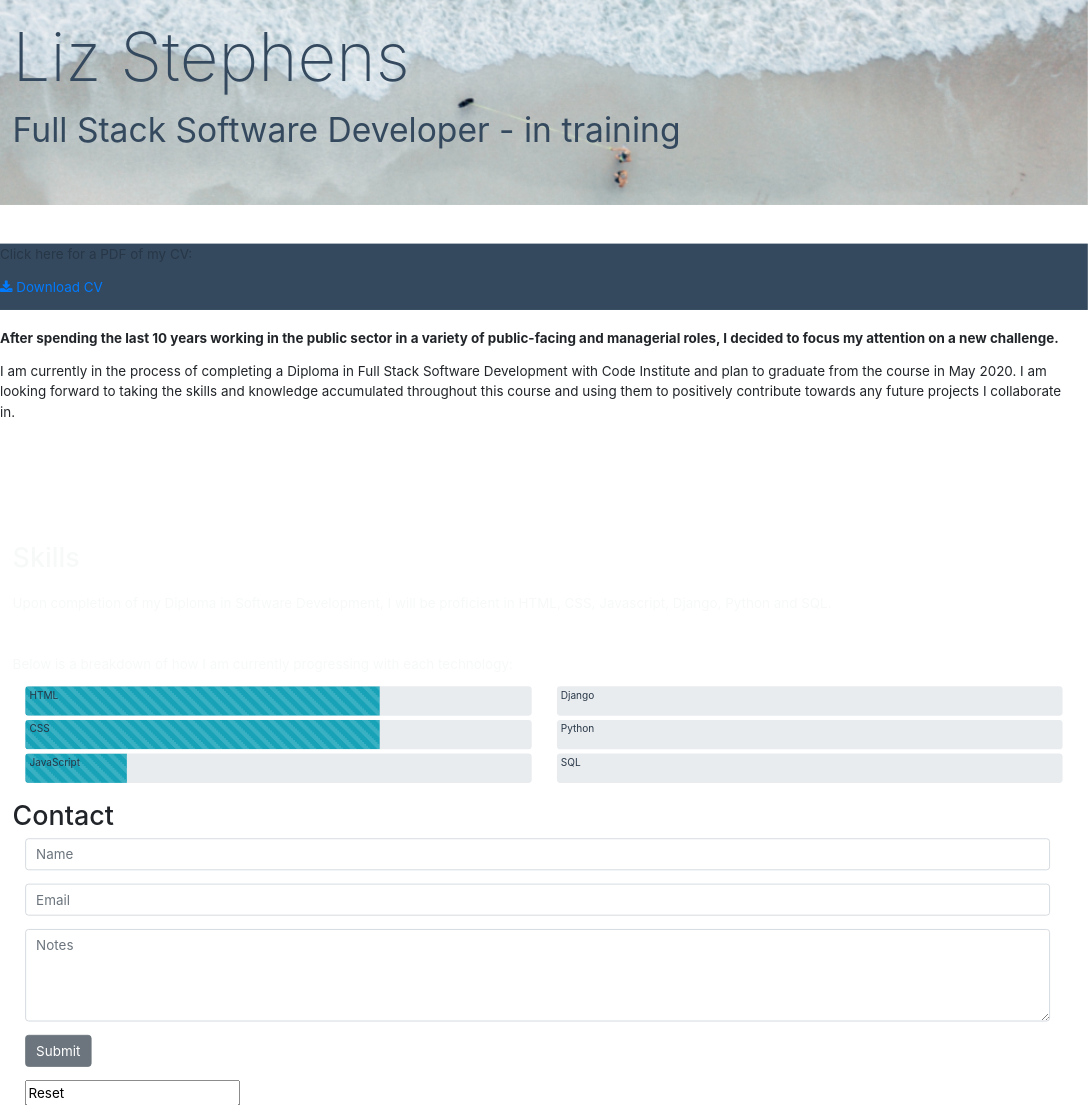
Repository: Liz94688/portfolio-site
Page: index.html
The author's editor kept a record of every edit. The page is drawn from the files as they stood at one moment, then again after the next edit.
The browser window is 1280 px wide. The page is 1295 px wide, so the pictures cover 1295 px, including what lies to the right of the window. The pictures show the whole page, at 84% of full size.

Above is the page before.

### index.html
<!DOCTYPE html>
<html lang="en">

<head>
    <meta charset="UTF-8">
    <meta name="viewport" content="width=device-width, initial-scale=1.0">
    <meta http-equiv="X-UA-Compatible" content="ie=edge">
    <link rel="stylesheet" href="https://stackpath.bootstrapcdn.com/bootstrap/4.3.1/css/bootstrap.min.css" type="text/css" />
    <link rel="stylesheet" href="https://stackpath.bootstrapcdn.com/font-awesome/4.7.0/css/font-awesome.min.css" type="text/css" />
    <link rel="stylesheet" href="assets/css/style.css" type="text/css" />
    <title>Liz Stephens Portfolio - Full Stack Web Developer</title>
</head>

<body>
    <header>
        <div class="row header-image">
            <div class="col">
                <h1 class="header-name">Liz Stephens</h1>
                <h2 class="header-title">Full Stack Software Developer - in training</h2>
            </div>
        </div>

        <div class="row header-nav">
            <div class="col">
                <ul id="nav" class="list-inline header-nav-container">
                    <li class="col-sm-4 header-nav-color-home list-inline-item">
                        <a href="#"><span>Home</span></a>
                    </li>
                    <li class="col-sm-4 header-nav-color-skills list-inline-item">
                        <a href="#"><span>Skills</span></a>
                    </li>
                    <li class="col-sm-4 header-nav-color-contact list-inline-item">
                        <a href="#"><span>Contact</span></a>
                    </li>
                </ul>
            </div>
        </div>
        </div>
    </header>
    <section>

    </section>
    <footer>
        <div class="row footer-nav">
            <div class="col">
                <p>Click here for a PDF of my CV: </p>
                <a href="#"><i class="fa fa-download" aria-hidden="true"></i><span> Download CV </span></a>
            </div>
        </div>
    </footer>
</body>

</html>








































<p class="about-p "><strong>After spending the last 10 years working in the public sector in a variety of public-facing and managerial roles, I decided to focus my attention on a new challenge.</strong></p>

I am currently in the process of completing a Diploma in Full Stack Software Development with Code Institute and plan to graduate from the course in May 2020. I am looking forward to taking the skills and knowledge accumulated throughout this course and
                    using them to positively contribute towards any future projects I collaborate in.</strong></p>


<!--*****Skills*****-->
<section id="skills-intro ">
    <div class="container-fluid ">
        <div class="row ">
            <h2 class="skills-title ">
                Skills
            </h2>
        </div>
        <div class="row ">
            <p class="skills-progression ">Upon completion of my Diploma in Software Development, I will be proficient in HTML, CSS, Javascript, Django, Python and SQL.</p>
            <br>
            <br>
            <br>
            <p class="skills-progression ">Below is a breakdown of how I am currently progressing with each technology:</p>
        </div>
        <div class="row progress-bars ">
            <div class="col-sm-12 col-md-6 ">
                <div class="progress ">
                    <div class="progress-bar-animated progress-bar-striped bg-info " role="progressbar " style="width: 70% " aria-valuenow="70 " aria-valuemin="0 " aria-valuemax="100 ">
                        <span class="sr-only ">70% complete</span>
                    </div>
                    <span class="progress-type ">HTML</span>
                </div>
                <div class="progress ">
                    <div class="progress-bar-animated progress-bar-striped bg-info " role="progressbar " style="width: 70% " aria-valuenow="70 " aria-valuemin="0 " aria-valuemax="100 ">
                        <span class="sr-only ">70% complete</span>
                    </div>
                    <span class="progress-type ">CSS</span>
                </div>
                <div class="progress ">
                    <div class="progress-bar-animated progress-bar-striped bg-info " role="progressbar " style="width: 20% " aria-valuenow="20 " aria-valuemin="0 " aria-valuemax="100 ">
                        <span class="sr-only ">20% complete</span>
                    </div>
                    <span class="progress-type ">JavaScript</span>
                </div>
            </div>
            <div class="col-sm-12 col-md-6 ">
                <div class="progress ">
                    <div class="progress-bar-animated progress-bar-striped bg-info " role="progressbar " style="width: 0% " aria-valuenow="0 " aria-valuemin="0 " aria-valuemax="100 ">
                        <span class="sr-only ">0% complete</span>
                    </div>
                    <span class="progress-type ">Django</span>
                </div>
                <div class="progress ">
                    <div class="progress-bar-animated progress-bar-striped bg-info " role="progressbar " style="width: 0% " aria-valuenow="0 " aria-valuemin="0 " aria-valuemax="100 ">
                        <span class="sr-only ">0% complete</span>
                    </div>
                    <span class="progress-type ">Python</span>
                </div>
                <div class="progress ">
                    <div class="progress-bar-animated progress-bar-striped bg-info " role="progressbar " style="width: 0% " aria-valuenow="0 " aria-valuemin="0 " aria-valuemax="100 ">
                        <span class="sr-only ">0% complete</span>
                    </div>
                    <span class="progress-type ">SQL</span>
                </div>
            </div>
        </div>
    </div>
</section>

<!--*****Contact Me*****-->
<section id="contact-me ">
    <div class="container-fluid ">
        <div class="contact-title ">
            <h2>
                Contact
            </h2>
        </div>
        <div class="contact-form ">
            <div class="contact-groups col-sm-12 ">
                <form>
                    <div class=" form-group ">
                        <input type="text " name="Name " class="form-control " placeholder="Name " required>
                    </div>
                    <div class="form-group ">
                        <input type="email " name="Email " class="form-control " placeholder="Email " required>
                    </div>
                    <div class="form-group ">
                        <textarea rows="4 " name="Notes " class="form-control " placeholder="Notes "></textarea>
                    </div>

                    <div class="form-group ">
                        <button type="submit " class="btn btn-secondary ">Submit</button>
                    </div>
                    <div class="form-group ">
                        <input type="reset " value="Reset ">
                    </div>
                </form>
            </div>
        </div>
    </div>
</section>

### assets/css/style.css
@import url('https://fonts.googleapis.com/css?family=Montserrat&display=swap:100,200,300,400,500,600,700');

/*------------------------------Header*/

header {
    margin: 0;
}

.header-image {
    background-image: url('../images/welcome-view.jpg');
    background-position: center;
    background-repeat: no-repeat;
    background-size: cover;
    min-height: 240px;
    transition: all .5s ease-in-out;
    -moz-transition: all .5s ease-in-out;
    -webkit-transition: all .5s ease-in-out;
}

.header-name {
    font-weight: 200;
    font-size: 80px;
    color: #34495E;
    margin-top: 20px;
    padding-left: 15px;
}

.header-title {
    font-weight: 400;
    font-size: 40px;
    color: #34495E;
    margin-top: 15px;
    margin-bottom: 50px;
    padding-left: 15px;
}

/*------------------------------Header-Nav*/

.col {
    padding: 0;
}

ul {
    background-color: #34495E;
}

li a {
    color: #fff;
    padding: 0;
    text-decoration: none;
}

.list-inline-item:not(:last-child) {
    margin: 0;
}

.header-nav-container {
    font-size: 0;
}

#nav li {
    padding: 0;
}

.header-nav-item {
    height: 100px;
    text-align: center;
}

.header-nav-item a {
    width: 100%;
    text-decoration: none;
    color: #fff;
}

.header-nav-item span {
    display: block;
    padding-top: 15px;
    font-size: 20px;
    letter-spacing: 1px;
}

.header-nav-color-home:hover {
    background-color: #2980B9;
}

.header-nav-color-skills:hover {
    background-color: #1ABC9C;
}

.header-nav-color-contact:hover {
    background-color: #EC7063;
}

.header-nav-color-home.active {
    background-color: #2980B9;
}

.header-nav-color-skills.active {
    background-color: #1ABC9C;
}

.header-nav-color-contact.active {
    background-color: #EC7063;
}

/*----------About Me----------*/

/*----------Skills----------*/

#skills-intro {
    background-color: #393938;
    background-size: cover;
    height: 100vh;
    width: 100vw;
    margin-bottom: 0px;
    margin-top: 0px;
}

.container {
    margin: 0;
}

.skills-title {
    padding-top: 10%;
    color: #F7F9F9;
}

.skills-progression {
    margin: 0;
    color: #F7F9F9;
}

.row {
    padding-left: 15px;
    padding-bottom: 15px;
    color: #283747
}

.progress {
    position: relative;
    height: 35px;
    margin-bottom: 5px;
}

.progress-type {
    position: absolute;
    color: #283747;
    left: 0px;
    padding: 2px 30px 2px 5px;
}

/*----------Contact----------*/

/*----------Footer----------*/

footer {
    min-height: 100px;
    margin: 0;
}

.footer-nav {
    background-color: #34495E;
    margin-top: 15px;
    margin-bottom: 50px;
}

.footer-nav-item {
    height: 100px;
    text-align: right;
    padding: 15px 20px;
    color: #fff;
}

.footer-nav-item a {
    text-decoration: none;
    color: #fff;
}

.footer-nav-item a i {
    font-size: 20px;
    padding: 10px;
}

After the next edit:
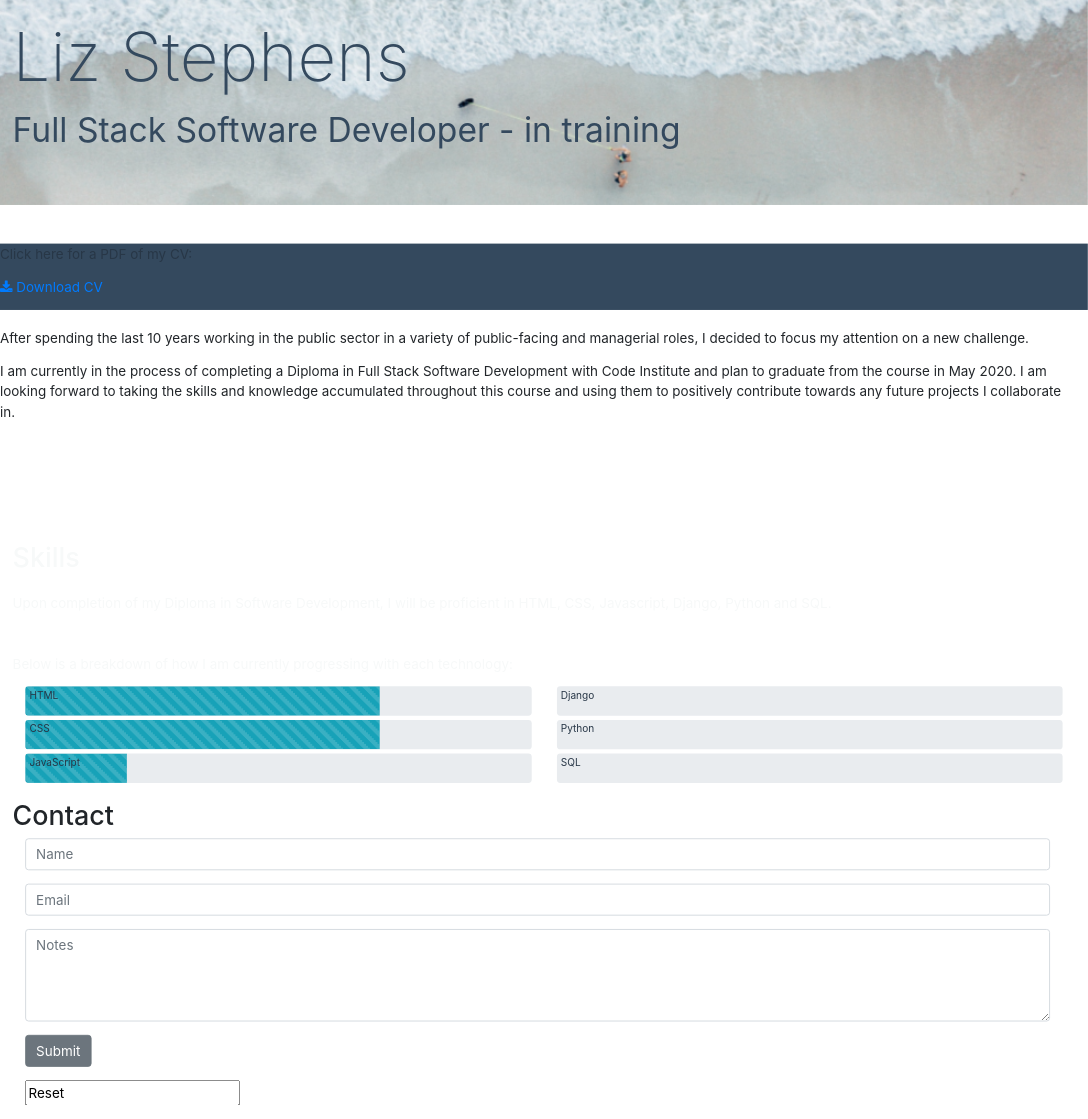
The edit:
--- a/index.html
+++ b/index.html
@@ -91,7 +91,7 @@
 
 
 
-<p class="about-p "><strong>After spending the last 10 years working in the public sector in a variety of public-facing and managerial roles, I decided to focus my attention on a new challenge.</strong></p>
+After spending the last 10 years working in the public sector in a variety of public-facing and managerial roles, I decided to focus my attention on a new challenge.</strong></p>
 
 I am currently in the process of completing a Diploma in Full Stack Software Development with Code Institute and plan to graduate from the course in May 2020. I am looking forward to taking the skills and knowledge accumulated throughout this course and
                     using them to positively contribute towards any future projects I collaborate in.</strong></p>
